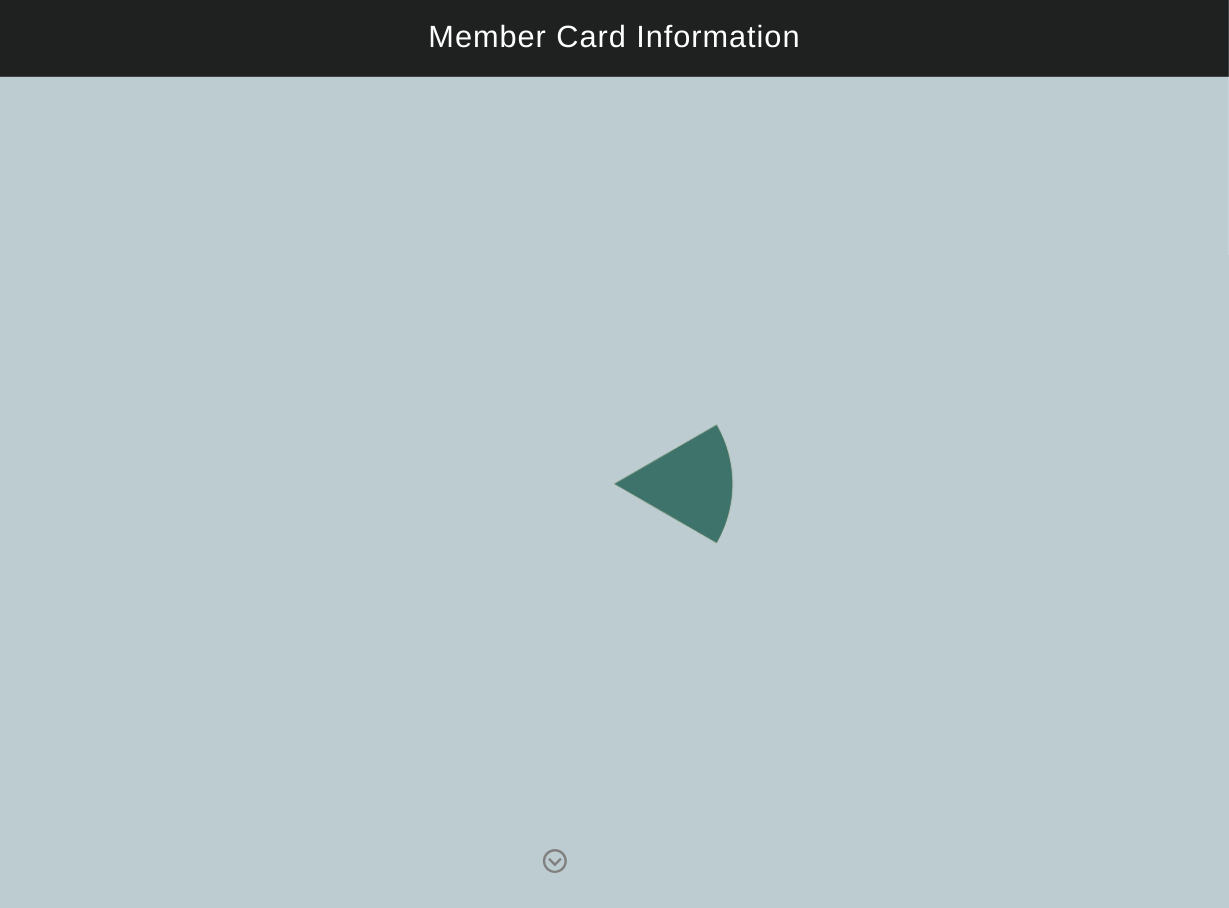
Repository: Leooook/lzhao-fed-test
Page: /
These files come from the project's save history. The page is drawn as it stood at one moment and after a run of saves; the edit follows.
The browser window is 1280 px wide. The pictures show the whole page, at 96% of full size.
The page's requests for data from a server got no answer. The project was rebuilt for these pictures with package versions that can differ from the ones it lists, and the page was loaded fresh each time. No one was signed in, and anything a server would have sent is missing. Also part of the build but not shown: src/components/detail.jsx.

Above is the page before, as saved 2021-03-15 21:20:57.

### src/index.html
<!DOCTYPE html>
<html lang="en">
	<head>
		<meta charset="utf-8" />
		<meta http-equiv="X-UA-Compatible" content="IE=edge,chrome=1" />
		<title>Member Card Info</title>
		<meta name="description" content="" />
		<meta name="viewport" content="width=device-width, initial-scale=1.0, maximum-scale=1.0, user-scalable=no" />
	</head>
	<body>
		<div id="root" class="react-root"></div>
	</body>
</html>

### src/App.js
import React, {useState} from 'react';
import {BiChevronDownCircle} from 'react-icons/bi'

import './App.css'
import Header from './components/header.jsx'
import Feature from './components/feature.jsx'

export default function App() {
  const [featureAmount, setFeatureAmount] = useState([1])

  const setFeature = () => {
    setFeatureAmount(featureAmount => {return [...featureAmount, 1]})
  }

	return (
    <div className='app'>
      <Header />
      {
        featureAmount.map((key) => <Feature key = {key}/>)
      }
      <BiChevronDownCircle className='add-feature' onClick={() => setFeature()}/>
    </div>
  )
}

### src/App.css
* {
	margin: 0;
	padding: 0;
	box-sizing: border-box;
}
:root {
	--nav-black: rgba(14, 14, 14, 0.897);
	--white: #ffffff;
	--light-blue: rgb(189, 204, 208);
	--grey: rgb(145, 145, 145);
	--light-grey: rgb(209, 209, 209);
}
/* app */
.app {
	max-width: 100vw;
	min-height: 100vh;
	background-color: var(--light-blue);
}
.add-feature {
	color: gray;
	text-align: center;
	width: 30px;
	height: 30px;
	margin: 30px 44vw;
}
/* end of app */
/* header */
.header {
	background-color: var(--nav-black);
	height: 80px;
	padding: 20px;
	margin-bottom: 80px;
	font-size: 2rem;
	font-family: 'Franklin Gothic Medium', 'Arial Narrow', Arial, sans-serif;
	text-align: center;
	color: var(--white);
	letter-spacing: 1px;
}
@media screen and (max-width: 500px) {
	.header {
		margin-bottom: 30px;
		padding: 30px;
		font-size: 1.4rem;
	}
}
/* end of header */
/* loader */
.load {
	width: 100%;
}
.loadPic {
	width: 20%;
	margin: 30vh 40%;
}
/* end of loader */
/* feature */
.feature {
	margin-top: -65px;
	padding: 60px 8%;
	display: grid;
	grid-template-columns: repeat(auto-fill, minmax(450px, 1fr));
	grid-row-gap: 50px;
	grid-column-gap: 80px;
}
@media screen and (max-width: 500px) {
	.feature {
		padding: 30px 20px;
		display: initial;
	}
}
/* end of feature */
/* detail */
.detail {
	margin: auto;
	padding: 10px 20px;
	width: 450px;
	height: 240px;
	background: hsla(0, 0%, 100%, .3);
	border-radius: 6px;
	box-shadow: 0 6px 20px 6px rgba(0, 0, 0, 0.207);
	display: flex;
	align-items: center;
	cursor: pointer;
	transition: all linear 0.2s;
}
.detail:hover {
	transform: scale(1.05);
	box-shadow: 0 10px 30px 10px rgba(0, 0, 0, 0.207);
}
.left-section {
	width: calc(40% - 20px);
	margin-right: 10%;
}
.right-section {
	width: clac(50% - 20px);
}
.detail-pic {
	margin: 0 auto;
	height: 140px;
	width: 140px;
	border-radius: 50%;
	box-shadow: 0 0 10px 8px var(--light-grey);
}
.detail-info {
	margin-bottom: 10px;
}
.detail-name {
	font-family: 'Playfair Display', serif;
	font-weight: bold;
	font-size: 1.3rem;
}
.detail-name2 {
	font-weight: 100;
	font-size: 0.9rem;
	color: rgb(82, 82, 82);
	font-style: oblique;
}
.detail-sex-date {
	display: flex;
}
.detail-date {
	margin-right: 13px;
}
.detail-font {
	font-family: 'Source Sans Pro', sans-serif;
	font-size: 0.8rem;
}
@media screen and (max-width: 500px) {
	.detail {
		margin-bottom: 30px;
		width: 90vw;
		height: 50vw;
	}
	.detail-pic {
		height: 100px;
		width: 100px;
	}
	.detail-info {
		margin-bottom: 6px;
	}
	.detail-name {
		font-size: 1rem;
	}
	.detail-name2 {
		font-size: 0.8rem;
	}
	.detail-date {
		margin-right: 8px;
	}
	.detail-font {
		font-size: 0.75rem;
	}
}
/* end of detail */

### src/components/header.jsx
import React, { Component } from 'react'

class Header extends Component {
	render() {
		return <section className="header">Member Card Information</section>
	}
}

export default Header

### src/components/feature.jsx
import React, { Component } from 'react'

import Loader from './loader.jsx'
import Detail from './detail.jsx'

class Feature extends Component {
	state = {
		dataSet: [],
		dataAmount: 6
	}

	fetchData = () => {
		fetch('https://randomuser.me/api/', {
			method: 'GET'
		})
			.then((response) => response.json())
			.then((data) => {
				let dataSet = this.state.dataSet
				dataSet.push(data.results[0])
				this.setState({ dataSet })
			})
			.catch((error) => {
				console.error('Error:', error)
			})
	}

	componentDidMount() {
		for (let i = 0; i < this.state.dataAmount; i++) {
			this.fetchData()
		}
	}

	render() {
		if (this.state.dataSet.length === 0 || this.state.dataSet.length % 6 !== 0) {
			return <Loader />
		} else {
			return (
				<section className="feature">
					{this.state.dataSet.map((each, key) => <Detail key={key} data={each} />)}
				</section>
			)
		}
	}
}

export default Feature

### src/components/loader.jsx
import React from 'react'

import loadPic from '../images/load.gif'

function Loader() {
	return (
		<section className="load">
			<img src={loadPic} className="loadPic" alt="load" />
		</section>
	)
}

export default Loader

Loaded but not shown: src/index.js (common file)

After the next 2 saves:
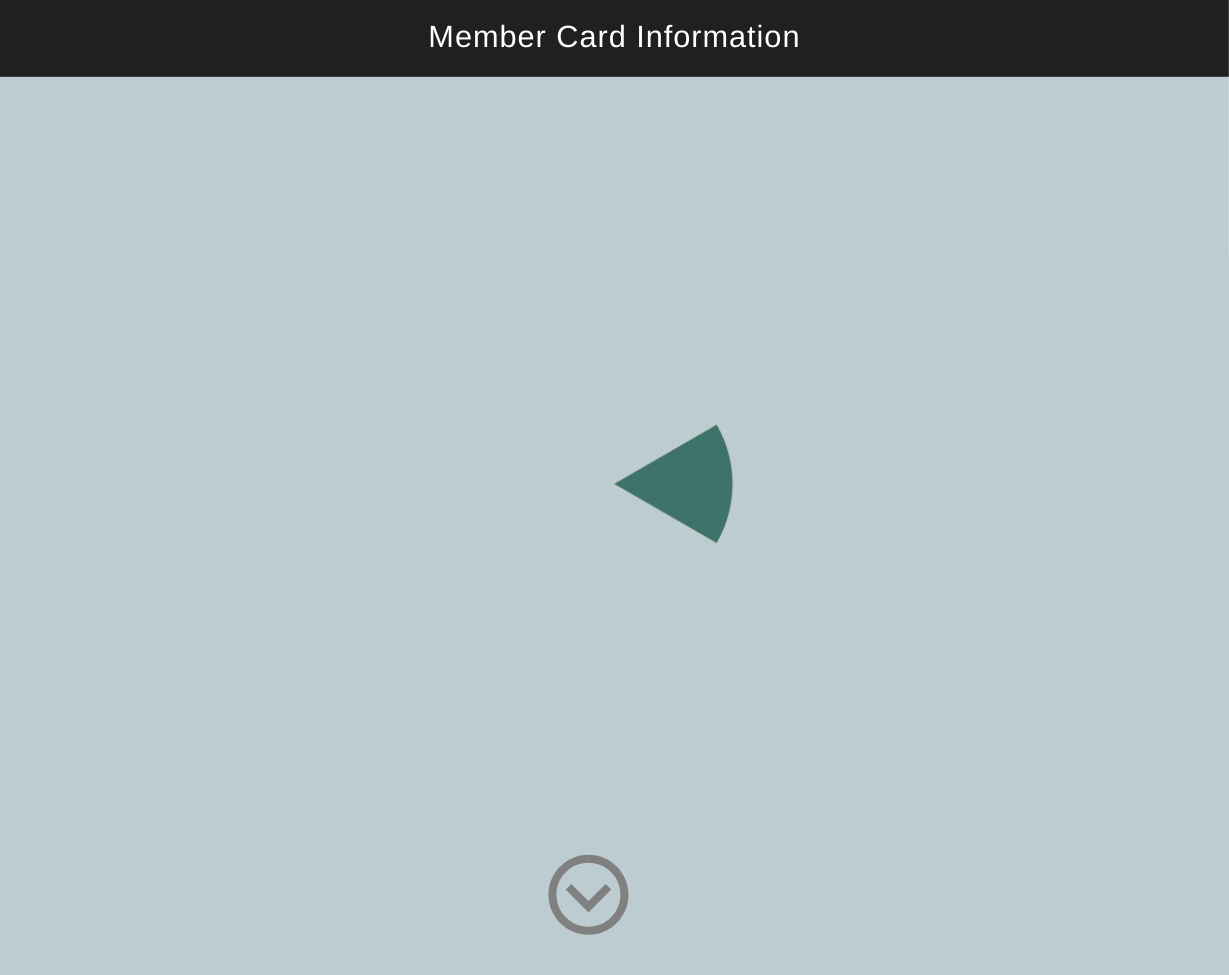
The 2 saves are shown as one change because they came seconds apart.
The last was saved 10 s later.
--- a/src/App.css
+++ b/src/App.css
@@ -19,8 +19,8 @@
 .add-feature {
 	color: gray;
 	text-align: center;
-	width: 30px;
-	height: 30px;
+	width: 100px;
+	height: 100px;
 	margin: 30px 44vw;
 }
 /* end of app */
